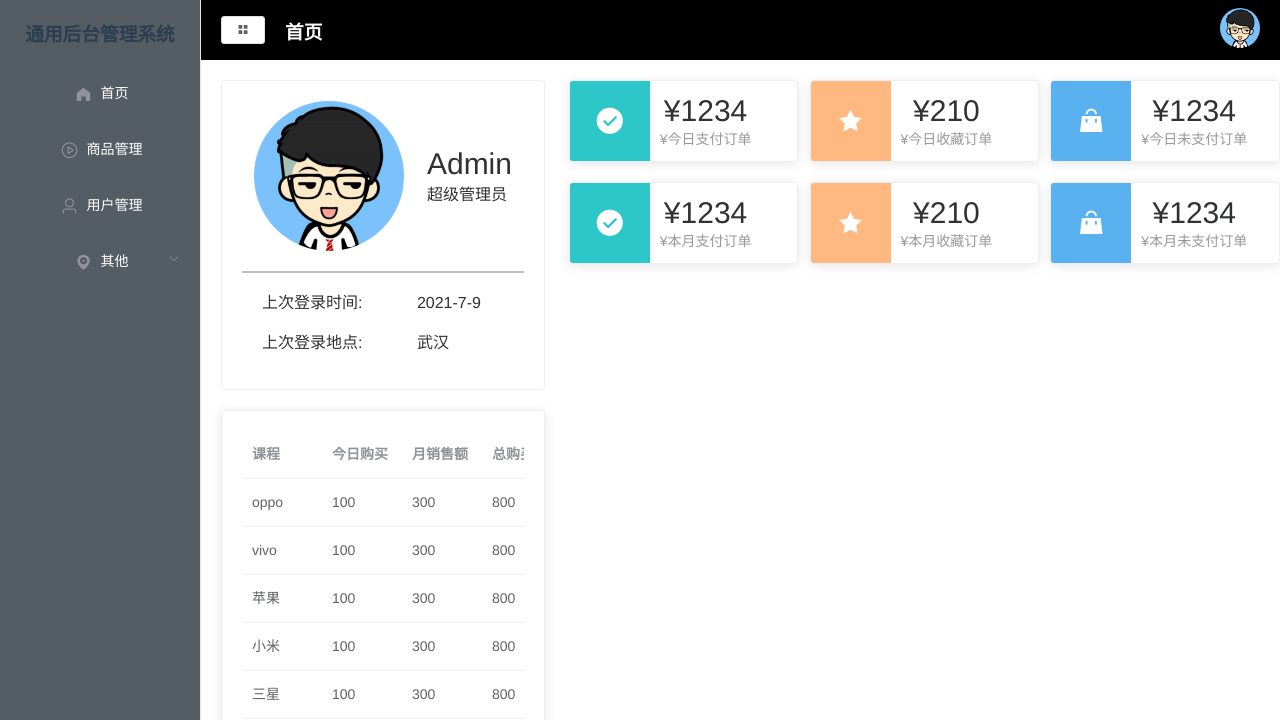
Repository: 385841539/VueStudy
Page: / (app in vue_cli/)
An editor plug-in stored every save of this project. The page is shown before and after the next save, followed by the edit.
The browser window is 1280 px wide. The pictures show the whole page.
An inner scrolling area shows only its first screen. The project was rebuilt for these pictures with package versions that can differ from the ones it lists, and the page was loaded fresh each time. Also part of the build but not shown: vue_cli/vue.config.js.

Above is the page before, as saved 2022-01-13 15:06:30.

After the next save:
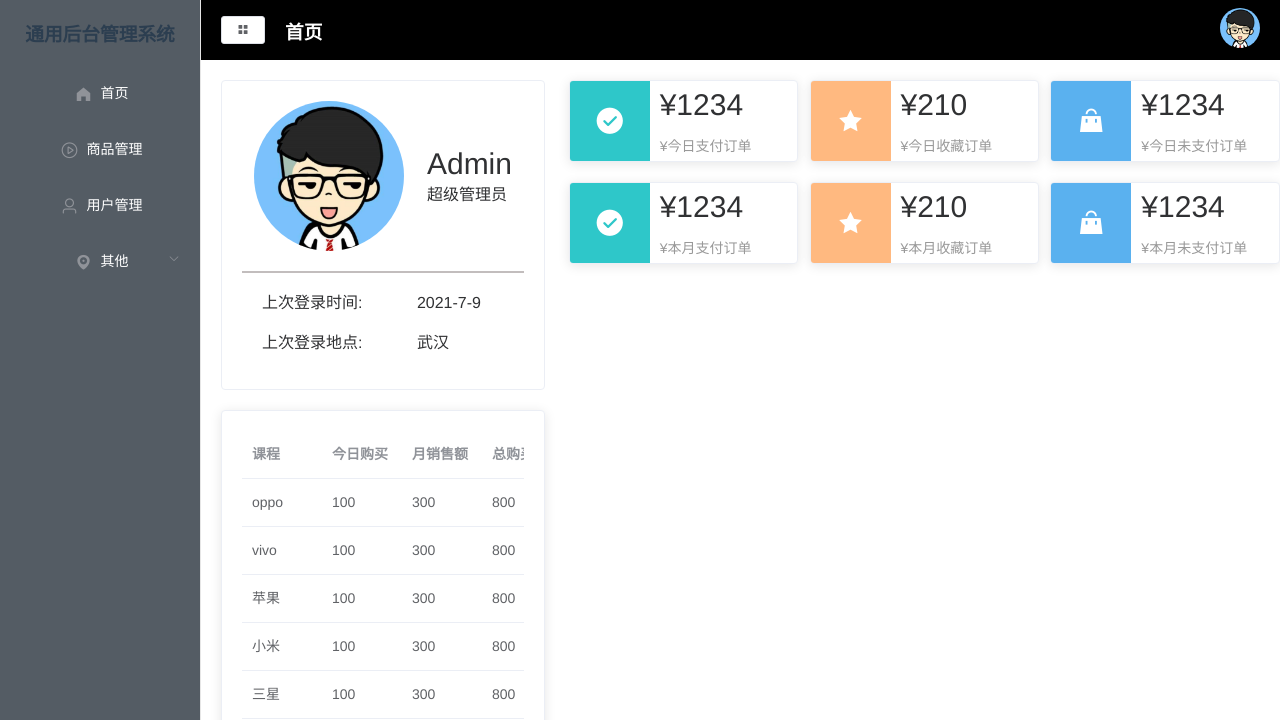
Saved 16 s later.
--- a/vue_cli/src/views/Home/Home.vue
+++ b/vue_cli/src/views/Home/Home.vue
@@ -217,9 +217,7 @@ export default {
     margin-left: 15px;
     display: flex;
     flex-direction: column;
-    justify-content: center;
-    align-items: center;
-    align-content: center;
+    justify-content: space-around;
     margin-left: 10px;
     .num {
       font-size: 30px;
